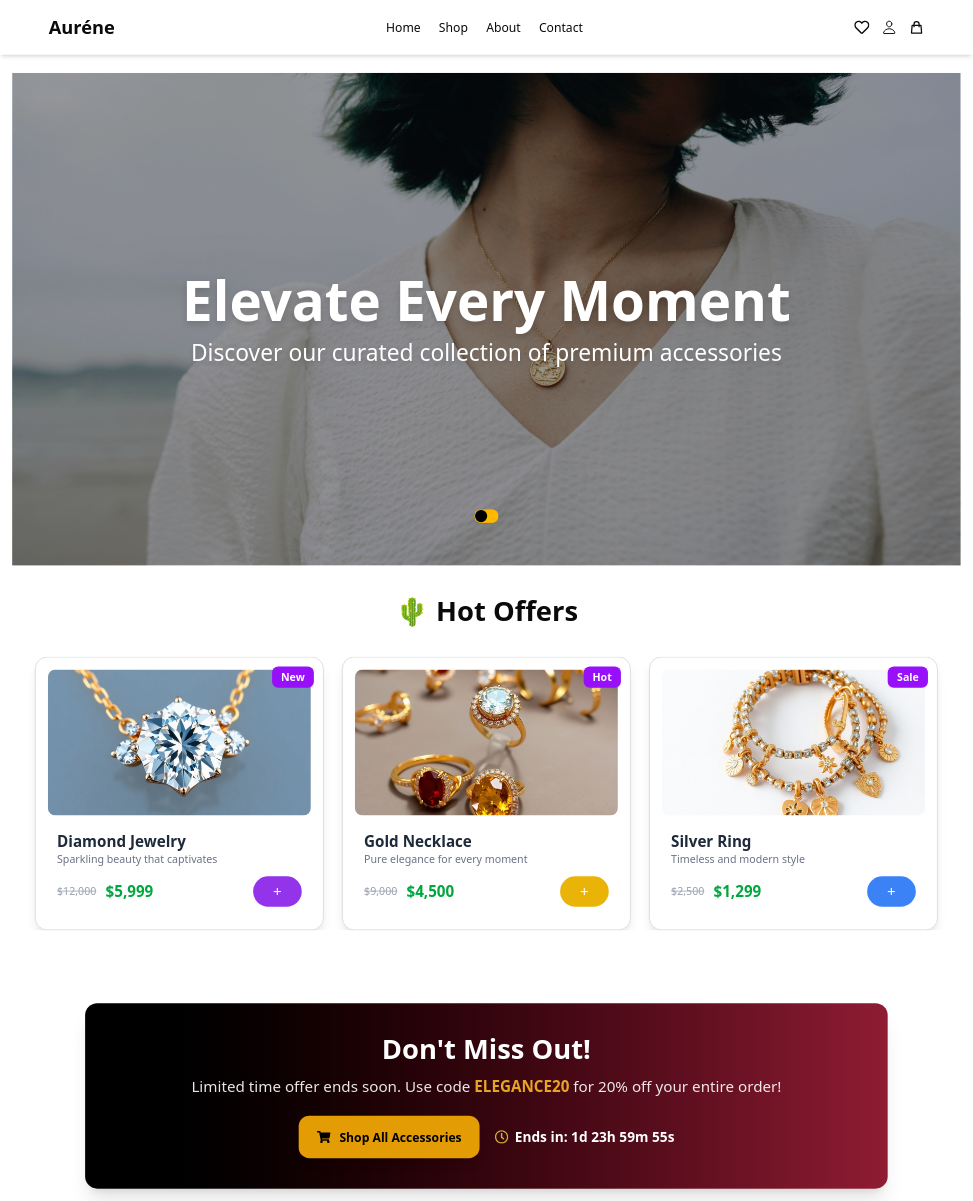
Repository: oehab30/Aur-ne-e-commerce-
Page: /
An editor plug-in stored every save of this project. The page is shown before and after the next save, followed by the edit.
The browser window is 1280 px wide. The pictures show the whole page, at 76% of full size.
The project was rebuilt for these pictures with package versions that can differ from the ones it lists, and the page was loaded fresh each time. Also part of the build but not shown: src/components/common/Tap.tsx, src/pages/Shop.tsx, src/pages/cart.tsx, src/pages/Profile.tsx, src/pages/About.tsx, src/pages/Contact.tsx, src/pages/Error.tsx, src/pages/Wishlist.tsx and 1 more. Imported but missing from the stored project, and not drawn on this page: src/components/ui/breadcrumb.tsx.

Above is the page before, as saved 2025-11-24 20:35:51.

After the next save:
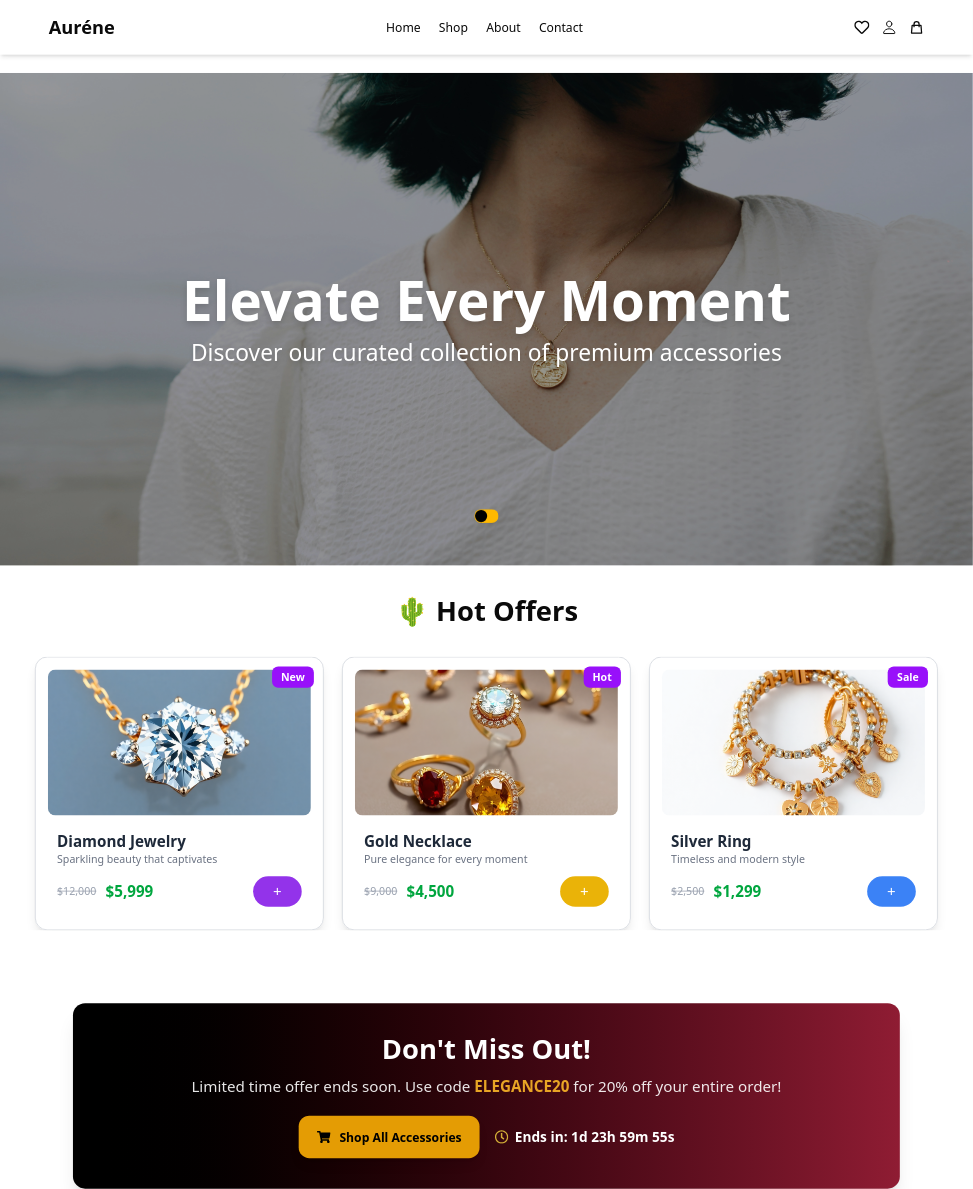
Saved 15 s later.
--- a/src/components/common/layout.tsx
+++ b/src/components/common/layout.tsx
@@ -8,7 +8,7 @@
   return (
     <>
       <Navbar  />
-      <main className="min-h-screen p-4 pt-24">
+      <main className="min-h-screen  pt-24">
 <Darkmode/>
         <Outlet />        {/* 👈 Page content changes here */}
       </main>

After the save that followed:
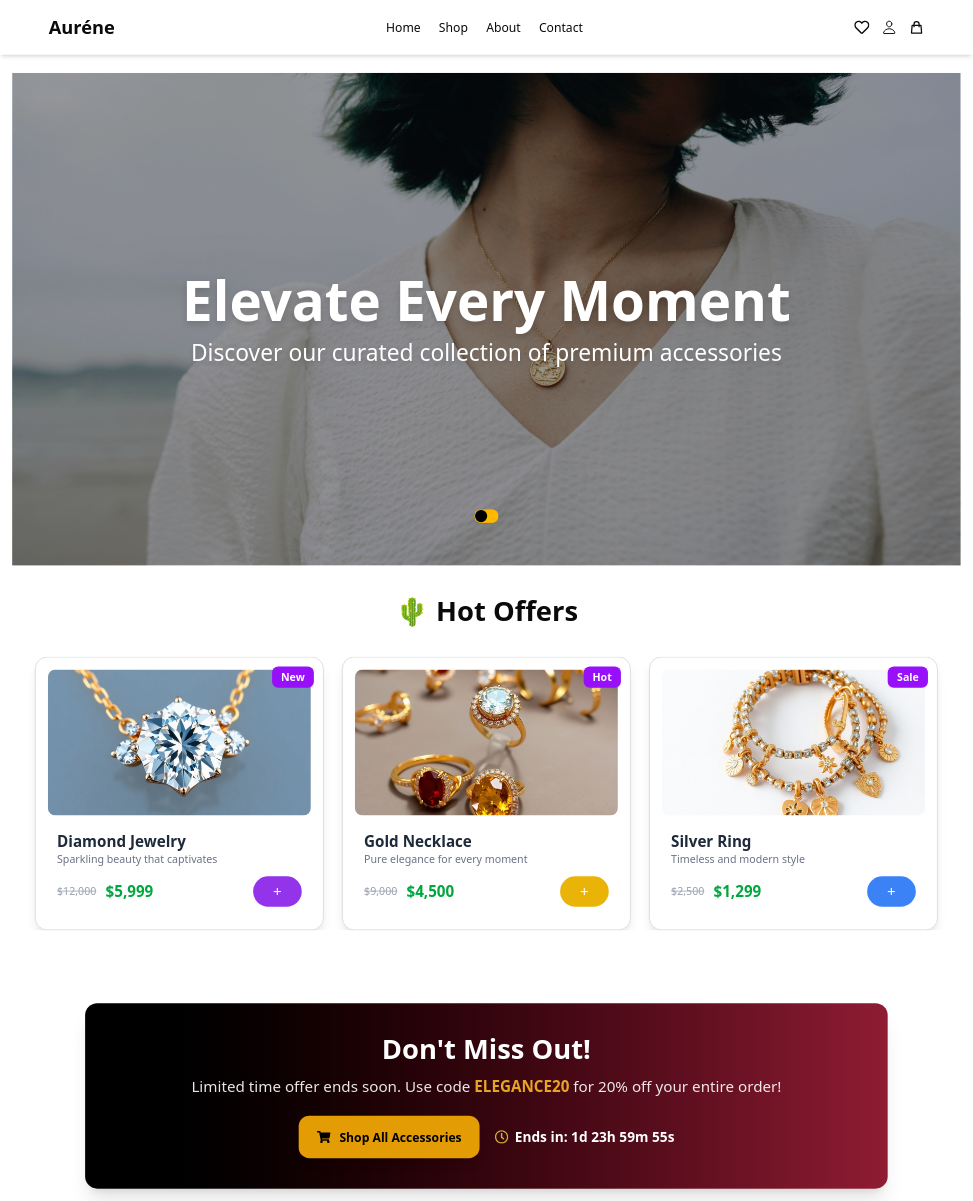
Saved 28 s later.
--- a/src/components/common/layout.tsx
+++ b/src/components/common/layout.tsx
@@ -8,7 +8,7 @@
   return (
     <>
       <Navbar  />
-      <main className="min-h-screen  pt-24">
+      <main className="min-h-screen p-4 pt-24">
 <Darkmode/>
         <Outlet />        {/* 👈 Page content changes here */}
       </main>
